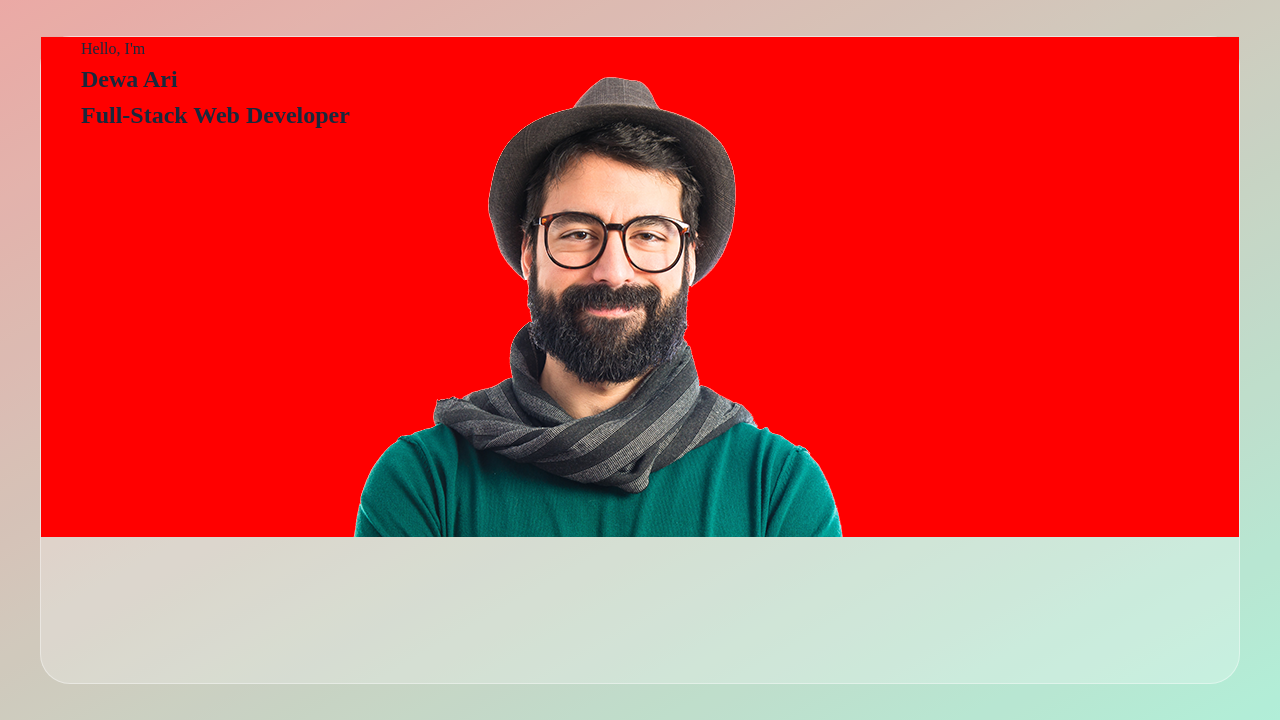
Repository: dewaary/Glassmorp-me
Page: index.html
These files come from the project's save history. The page is drawn as it stood at one moment and after the next save; the edit follows.
The browser window is 1280 px wide. The pictures show the whole page.

Above is the page before, as saved 2021-05-12 22:09:42.

After the next save:
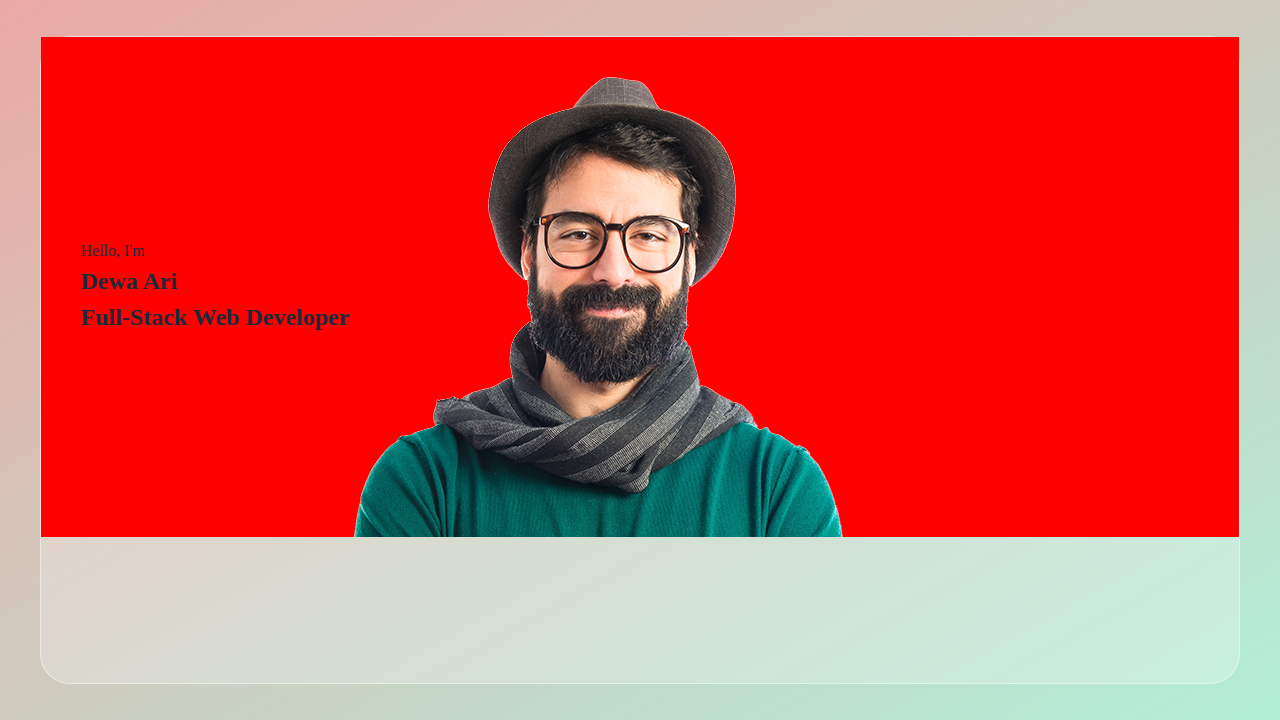
Saved 12 s later.
--- a/index.html
+++ b/index.html
@@ -14,7 +14,7 @@
 
         <section class="home-section">
             <div class="container">
-                <div class="row">
+                <div class="row align-items-center">
                     <div class="home-text">
                         <p>Hello, I'm</p>
                         <h1>Dewa Ari</h1>
